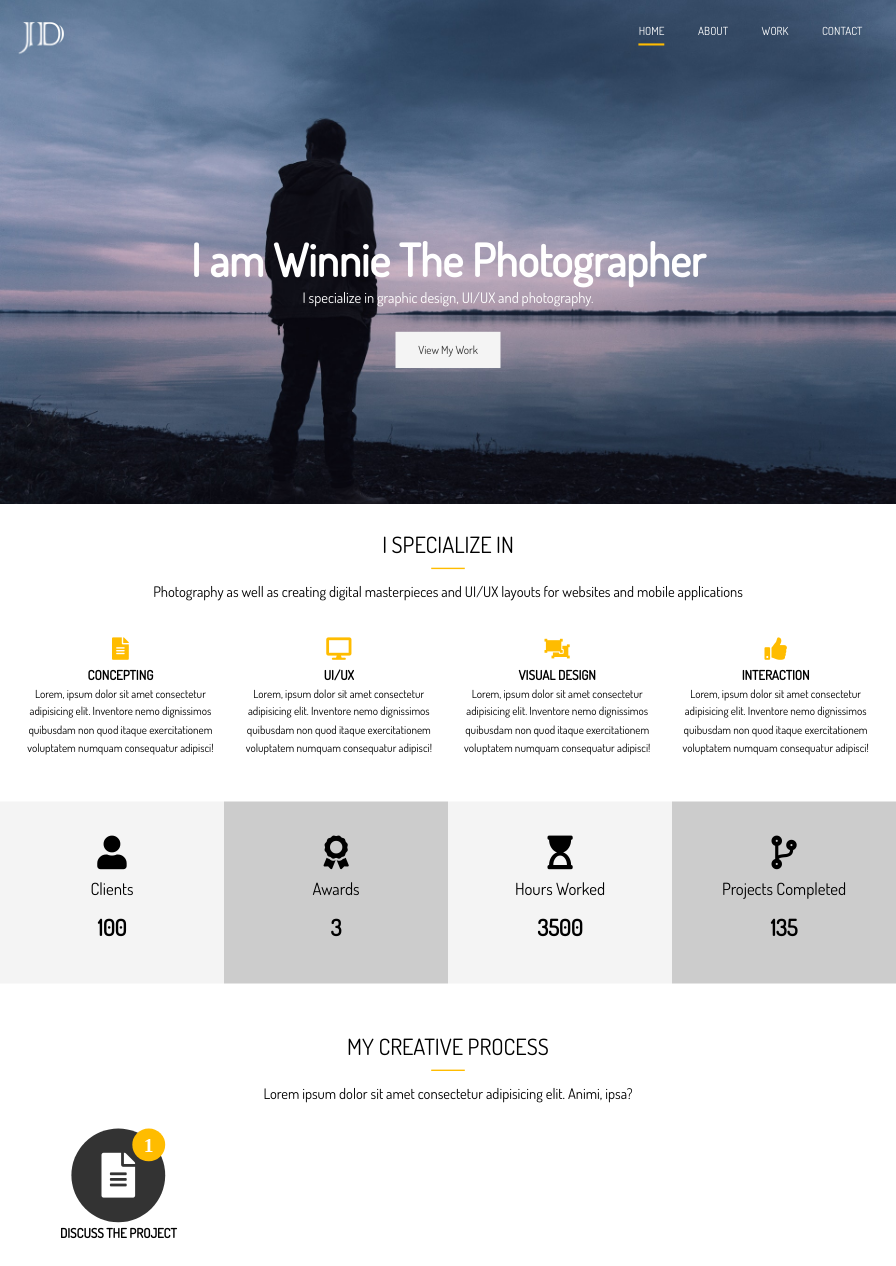
Repository: minhtien9/Portfolio_Website
Page: diet/index.html
The author's editor kept a copy of each file at every save. The page is drawn from the files as they stood at one save, then again after the next save.
The browser window is 1280 px wide. The pictures show the whole page, at 70% of full size.

Above is the page before, as saved 2021-08-28 22:33:52.

### diet/index.html
<!DOCTYPE html>
<html lang="en">
  <head>
    <meta charset="UTF-8" />
    <meta http-equiv="X-UA-Compatible" content="IE=edge" />
    <meta name="viewport" content="width=device-width, initial-scale=1.0" />
    <link
      rel="stylesheet"
      href="https://cdnjs.cloudflare.com/ajax/libs/font-awesome/5.15.4/css/all.min.css"
      integrity="sha512-1ycn6IcaQQ40/MKBW2W4Rhis/DbILU74C1vSrLJxCq57o941Ym01SwNsOMqvEBFlcgUa6xLiPY/NS5R+E6ztJQ=="
      crossorigin="anonymous"
      referrerpolicy="no-referrer"
    />
    <link
      href="https://fonts.googleapis.com/css2?family=Dosis&display=swap"
      rel="stylesheet"
    />
    <link rel="stylesheet" href="css/style.css" />
    <title>John Doe || UI/UX Designer & Photographer</title>
  </head>
  <body>
    <!-- Header -->
    <header id="header-home">
      <div class="container">
        <nav id="main-nav">
          <img src="img/logo.png" alt="My Portfolio" id="logo" />
          <ul>
            <li><a href="index.html" class="current">Home</a></li>
            <li><a href="about.html">About</a></li>
            <li><a href="work.html">Work</a></li>
            <li><a href="contact.html">Contact</a></li>
          </ul>
        </nav>
        <div class="header-content">
          <h1>
            I am Winnie The Photographer
            <span
              class="txt-type"
              data-wait="3000"
              data-works='["Photographer","Designer","IU/IX Dev"]'
            ></span>
          </h1>
          <p class="lead">
            I specialize in graphic design, UI/UX and photography.
          </p>
          <a href="work.html" class="btn-light">View My Work</a>
        </div>
      </div>
    </header>
    <!-- Section A: Specialize -->
    <section id="home-a" class="text-center py-2">
      <div class="container">
        <h2 class="section-title">I Specialize In</h2>
        <div class="bottom-line"></div>
        <p class="lead">
          Photography as well as creating digital masterpieces and UI/UX layouts
          for websites and mobile applications
        </p>
        <div class="specials">
          <div>
            <i class="fas fa-file-alt fa-2x"></i>
            <h3>Concepting</h3>
            <p>
              Lorem, ipsum dolor sit amet consectetur adipisicing elit.
              Inventore nemo dignissimos quibusdam non quod itaque
              exercitationem voluptatem numquam consequatur adipisci!
            </p>
          </div>
          <div>
            <i class="fas fa-desktop fa-2x"></i>
            <h3>UI/UX</h3>
            <p>
              Lorem, ipsum dolor sit amet consectetur adipisicing elit.
              Inventore nemo dignissimos quibusdam non quod itaque
              exercitationem voluptatem numquam consequatur adipisci!
            </p>
          </div>
          <div>
            <i class="fas fa-object-ungroup fa-2x"></i>
            <h3>Visual Design</h3>
            <p>
              Lorem, ipsum dolor sit amet consectetur adipisicing elit.
              Inventore nemo dignissimos quibusdam non quod itaque
              exercitationem voluptatem numquam consequatur adipisci!
            </p>
          </div>
          <div>
            <i class="fas fa-thumbs-up fa-2x"></i>
            <h3>Interaction</h3>
            <p>
              Lorem, ipsum dolor sit amet consectetur adipisicing elit.
              Inventore nemo dignissimos quibusdam non quod itaque
              exercitationem voluptatem numquam consequatur adipisci!
            </p>
          </div>
        </div>
      </div>
    </section>

    <!-- Section B: Stats -->
    <section id="home-b" class="text-center py-2">
      <div class="stats">
        <div>
          <ul>
            <li><i class="fas fa-user fa-3x"></i></li>
            <li class="stats-title">Clients</li>
            <li class="stats-number">100</li>
          </ul>
        </div>
        <div>
          <ul>
            <li><i class="fas fa-award fa-3x"></i></li>
            <li class="stats-title">Awards</li>
            <li class="stats-number">3</li>
          </ul>
        </div>
        <div>
          <ul>
            <li><i class="fas fa-hourglass-start fa-3x"></i></li>
            <li class="stats-title">Hours Worked</li>
            <li class="stats-number">3500</li>
          </ul>
        </div>
        <div>
          <ul>
            <li><i class="fas fa-code-branch fa-3x"></i></li>
            <li class="stats-title">Projects Completed</li>
            <li class="stats-number">135</li>
          </ul>
        </div>
      </div>
    </section>

    <!-- Section C:Process -->
    <section id="home-c" class="text-center py-2">
      <div class="container">
        <h2 class="section-title">My Creative Process</h2>
        <div class="bottom-line"></div>
        <p class="lead">
          Lorem ipsum dolor sit amet consectetur adipisicing elit. Animi, ipsa?
        </p>
        <div class="process">
          <div>
            <i class="fas fa-file-alt fa-4x process-icon my-2">
              <div class="process-step">1</div>
            </i>
            <div class="clr"></div>
            <h3>Discuss The Project</h3>
          </div>
        </div>
      </div>
    </section>

    <!-- <script src="js/typewriter.js"></script> -->
  </body>
</html>

### diet/css/style.css
.container {
  max-width: 1280px;
  padding: 0 1.5rem;
  margin: auto;
  overflow: hidden;
}

.btn-dark, .btn-light, .btn-main {
  display: inline-block;
  padding: 0.8rem 2rem;
  transition: all 0.5s;
  border: none;
  cursor: pointer;
}

.btn-main {
  color: #333;
  background-color: #ffbc00;
}
.btn-light {
  color: #333;
  background-color: #f4f4f4;
}
.btn-dark {
  color: #f4f4f4;
  background-color: #333;
}

button[class^=btn-]:hover,
a[class^=btn-]:hover,
input[class^=btn-]:hover {
  background-color: #ffbc00;
}

.bg-main {
  background: #ffbc00;
  color: #fff;
}
.bg-dark {
  background: #333;
  color: #fff;
}
.bg-light {
  background: #f4f4f4;
  color: #000;
}
.bg-medium {
  background: #ccc;
  color: #000;
}

.lead {
  font-size: 1.3rem;
  margin-bottom: 2rem;
}

.text-center {
  text-align: center;
}

.py-1 {
  padding: 1rem 0;
}
.py-2 {
  padding: 2rem 0;
}
.py-3 {
  padding: 3rem 0;
}
.py-4 {
  padding: 4rem 0;
}

.ny-1 {
  margin: 1rem 0;
}
.ny-2 {
  margin: 2rem 0;
}
.ny-3 {
  margin: 3rem 0;
}
.ny-4 {
  margin: 4rem 0;
}

.section-title {
  font-size: 2rem;
  display: block;
  padding-bottom: 0.5rem;
  text-align: center;
  font-weight: 100;
  text-transform: uppercase;
}

.bottom-line {
  height: 2px;
  width: 3rem;
  background: #ffbc00;
  display: block;
  margin: 0 auto 1rem auto;
}

.items {
  display: grid;
  grid-template-columns: repeat(3, 1fr);
  box-shadow: 0 5px 10px 0 rgba(0, 0, 0, 0.3);
}

.item {
  position: relative;
  background: #ffbc00;
  overflow: hidden;
}
.item:after {
  content: "";
  position: absolute;
  display: block;
  background: inherit;
  opacity: 0.9;
  top: 0;
  left: 0;
  width: 100%;
  height: 100%;
  transform: scale(2) translateX(-75%) translateY(-75%) rotate(-28deg);
  transition: transform 3s cubic-bezier(0.2, 1, 0.3, 1);
}
.item:hover:after {
  transform: scale(2) translateX(0) translateY(0) rotate(-28deg);
}
.item:hover .item-image {
  transform: scale(1.2);
}
.item:hover .item-text {
  opacity: 1;
  transform: translateY(0);
}
.item-image {
  height: auto;
  transform: translateZ(0);
  display: block;
  transition: transform 750ms cubic-bezier(0.2, 1, 0.3, 1);
}
.item-image:before {
  content: "";
  display: block;
  padding-top: 75%;
  overflow: hidden;
}
.item-image img {
  position: absolute;
  top: 0;
  left: 0;
  width: 100%;
  height: auto;
  line-height: 0;
}
.item-text {
  position: absolute;
  top: 0;
  left: 0;
  bottom: 0;
  right: 0;
  opacity: 0;
  text-align: center;
  z-index: 1;
  color: #fff;
  transform: translateY(-20%);
  transition: opacity 500ms cubic-bezier(0.2, 1, 0.3, 1), transform 500ms cubic-bezier(0.2, 1, 0.3, 1);
  transition-delay: 300ms;
}
.item-text-wrap {
  position: absolute;
  width: 100%;
  top: 50%;
  transform: translateY(-50%);
}
.item-text-title {
  font-size: 2rem;
  padding: 0 1rem;
  margin: 5px 0 0 0;
}
.item-text-category {
  text-transform: uppercase;
  font-size: 1.2rem;
  opacity: 0.7;
  margin: 0;
}

* {
  margin: 0;
  padding: 0;
}

body {
  font-family: "Dosis", sans-serif;
  line-height: 1.6;
  background: #fff;
}

a {
  text-decoration: none;
  color: #333;
}

ul {
  list-style: none;
}

h2,
h3,
h4 {
  text-transform: uppercase;
}

img {
  width: 100%;
}

#logo {
  width: 70px;
  height: 70px;
  color: #fff;
  text-transform: uppercase;
}

#main-nav {
  display: flex;
  justify-content: space-between;
  padding-top: 1rem;
}
#main-nav ul {
  display: flex;
}
#main-nav li {
  padding: 1rem 1.5rem;
}
#main-nav a {
  text-decoration: none;
  color: #fff;
  text-transform: uppercase;
  border-bottom: 3px transparent solid;
  padding-bottom: 0.5rem;
  transition: border-color 0.5s;
}
#main-nav a:hover {
  border-color: #ccc;
}
#main-nav a.current {
  border-color: #ffbc00;
}

#header-home {
  background: url("../img/showcase.jpg") no-repeat center right/cover;
  height: 100vh;
  color: #fff;
}
#header-home .header-content {
  text-align: center;
  padding-top: 20%;
}
#header-home .header-content h1 {
  font-size: 4rem;
  line-height: 1.2;
}
#header-inner {
  background: url("../img/showcase.jpg") no-repeat 20% 30%/cover;
  height: 5.5rem;
  border-bottom: 3px solid #ffbc00;
}

#home-a .specials {
  margin-top: 3rem;
  display: grid;
  grid-gap: 1rem;
  grid-template-columns: repeat(4, 1fr);
}
#home-a .specials .fas {
  color: #ffbc00;
  padding-bottom: 0.4rem;
}
#home-b .stats {
  display: grid;
  grid-template-columns: repeat(4, 1fr);
}
#home-b .stats li {
  line-height: 2;
}
#home-b .stats li.stats-title {
  font-size: 1.5rem;
}
#home-b .stats li.stats-number {
  font-size: 2rem;
  font-weight: bold;
}
#home-b .stats div {
  padding: 3rem 0;
}
#home-b .stats div:nth-child(odd) {
  background: #f4f4f4;
}
#home-b .stats div:nth-child(even) {
  background: #ccc;
}
#home-c .process {
  display: grid;
  grid-template-columns: repeat(4, 1fr);
  grid-gap: 1.5rem;
  text-align: center;
}
#home-c .process-step {
  position: absolute;
  top: 0;
  right: 0;
  font-size: 28px;
  background: #ffbc00;
  color: #fff;
  border-radius: 50%;
  height: 15px;
  width: 15px;
  line-height: 15px;
  padding: 1rem;
  transition: all 1s;
}
#home-c .process-icon {
  border-radius: 50%;
  background: #333;
  color: #fff;
  padding: 2rem;
  width: 70px;
  height: 70px;
  line-height: 70px;
  text-align: center;
  position: relative;
  transition: all 1s;
}
#home-c .process-icon:hover {
  background: #ffbc00;
  width: 90px;
  height: 90px;
  line-height: 90px;
}
#home-c .process-icon:hover .process-step {
  background: #333;
  color: #fff;
}

#about-a .about-info {
  display: grid;
  grid-template-areas: "bioimage bio bio" "aw1 aw2 aw3";
  grid-gap: 1.2rem;
}
#about-a .bio-image {
  grid-area: bioimage;
}
#about-a .bio {
  grid-area: bio;
  border-left: 3px solid #ffbc00;
  padding: 0.8rem;
}
#about-a .award-1 {
  grid-area: aw1;
}
#about-a .award-2 {
  grid-area: aw2;
}
#about-a .award-3 {
  grid-area: aw3;
}
#about-a .award-1 .fas,
#about-a .award-2 .fas,
#about-a .award-3 .fas {
  color: #ffbc00;
  margin: 1rem;
}
#about-b .progress {
  overflow: hidden;
  height: 20px;
  background: #ccc;
  border-radius: 5px;
  margin-bottom: 0.6rem;
}
#about-b .progress div {
  height: 100%;
  color: #fff;
  text-align: center;
  background: #ffbc00;
}
#about-c .about-logos {
  display: grid;
  grid-template-columns: repeat(4, 1fr);
  grid-gap: 2rem;
}
#about-c .about-logos img {
  width: 70%;
}
#about-d .testimonials {
  display: grid;
  grid-template-columns: repeat(4, 1fr);
  grid-gap: 0.5rem;
}
#about-d .testimonials ul {
  list-style: none;
  margin-top: 1rem;
  display: flex;
  align-items: center;
}
#about-d .testimonials p {
  border: 1px solid #ccc;
  border-radius: 5px;
  padding: 0.5rem;
}
#about-d .testimonials img {
  width: 50px;
  height: 50px;
  border-radius: 50%;
  margin-right: 0.5rem;
}

#contact-a .text-fields {
  display: grid;
  grid-template-areas: "name email" "subject phone" "message message";
  grid-gap: 1.2rem;
  margin-bottom: 1.2rem;
}
#contact-a .text-fields .name-input {
  grid-area: name;
}
#contact-a .text-fields .subject-input {
  grid-area: subject;
}
#contact-a .text-fields .email-input {
  grid-area: email;
}
#contact-a .text-fields .phone-input {
  grid-area: phone;
}
#contact-a .text-fields .message-input {
  grid-area: message;
  height: 100px;
}
#contact-a .text-fields .text-input {
  padding: 0.5rem 1rem;
}
#contact-a button[type=submit] {
  width: 50%;
}
#contact-b .contact-info {
  display: grid;
  grid-template-columns: repeat(3, 1fr);
  text-align: center;
}
#contact-c h1 {
  text-align: center;
  font-size: 4rem;
}

#main-footer {
  background: #333;
  color: #fff;
  height: 5rem;
}
#main-footer .footer-content {
  display: flex;
  justify-content: space-between;
  height: 5rem;
  align-items: center;
}
#main-footer .footer-content .social .fab {
  margin-right: 1rem;
  border: 2px solid #fff;
  border-radius: 50%;
  height: 20px;
  width: 20px;
  line-height: 20px;
  text-align: center;
  padding: 0.5rem;
}
#main-footer .footer-content .social .fab:hover {
  background: #ffbc00;
  cursor: pointer;
}

@media (max-width: 800px) {
  #header-home {
    height: 30rem;
  }
  #header-home .header-content {
    padding-top: 5rem;
  }
}
@media (max-width: 500px) {
  #main-nav {
    flex-direction: column;
    align-items: center;
  }
  #main-nav li {
    padding: 1rem;
  }

  #header-home {
    height: 10rem;
    border-bottom: 3px solid #ffbc00;
    background-position: 20% 30%;
  }
  #header-home .header-content {
    display: none;
  }
  #header-inner {
    height: 10rem;
  }

  #home-a .specials,
#home-b .stats,
#home-c .process,
#about-d .testimonials,
#contact-b .contact-info,
.items {
    grid-template-columns: 1fr;
  }

  #home-a .specials div {
    border-bottom: 1px #f4f4f4 solid;
    padding-bottom: 1rem;
  }
  #home-a .specials div:last-child {
    border: none;
    padding-bottom: 0;
  }
  #home-b .stats div {
    padding: 2rem 0 1rem 0;
  }

  #about-a .about-info {
    grid-template-areas: "bioimage" "bio" "aw1" "aw2" "aw3";
  }
  #about-c {
    display: none;
  }

  #contact-a .text-fields {
    grid-template-areas: "name" "subject" "email" "phone" "message";
  }
  #contact-b div {
    margin-bottom: 1rem;
    padding-bottom: 1rem;
    border-bottom: 1px solid #555;
  }
  #contact-b div:last-child {
    border: none;
    margin-bottom: 0;
    padding-bottom: 0;
  }
  #contact-c h1 {
    font-size: 2rem;
  }

  #main-footer {
    height: 7rem;
  }
  #main-footer .footer-content {
    flex-direction: column;
    padding: 1rem;
    height: 5rem;
  }
}
@media (max-height: 580px) {
  #header-home .header-content {
    padding-top: 3rem;
  }
}
@media (max-height: 330px) {
  #header-home .header-content h1 {
    font-size: 2rem;
  }
}

/*# sourceMappingURL=style.css.map */

After the next save:
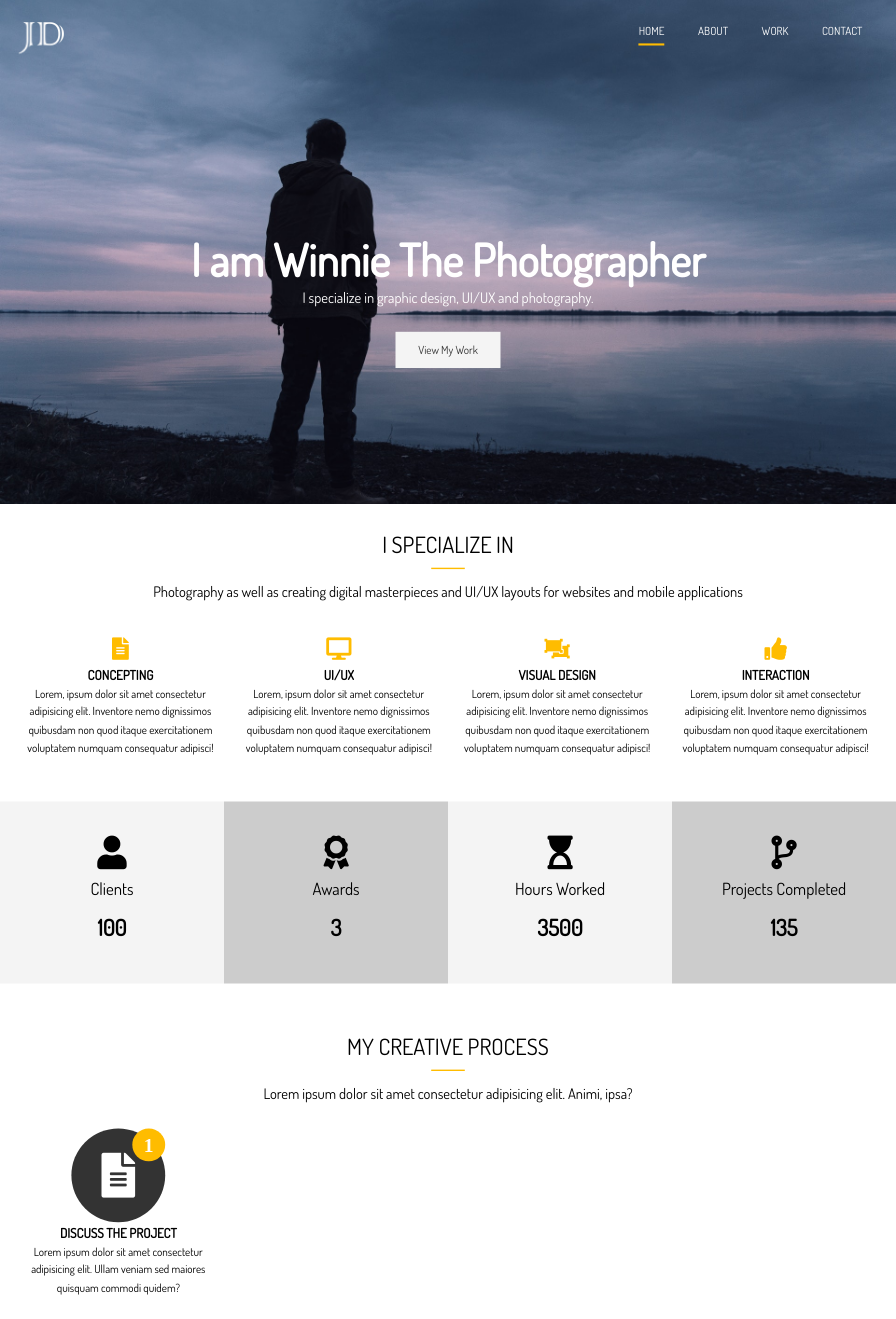
Saved 43 s later.
--- a/diet/index.html
+++ b/diet/index.html
@@ -146,6 +146,10 @@
             </i>
             <div class="clr"></div>
             <h3>Discuss The Project</h3>
+            <p>
+              Lorem ipsum dolor sit amet consectetur adipisicing elit. Ullam
+              veniam sed maiores quisquam commodi quidem?
+            </p>
           </div>
         </div>
       </div>
